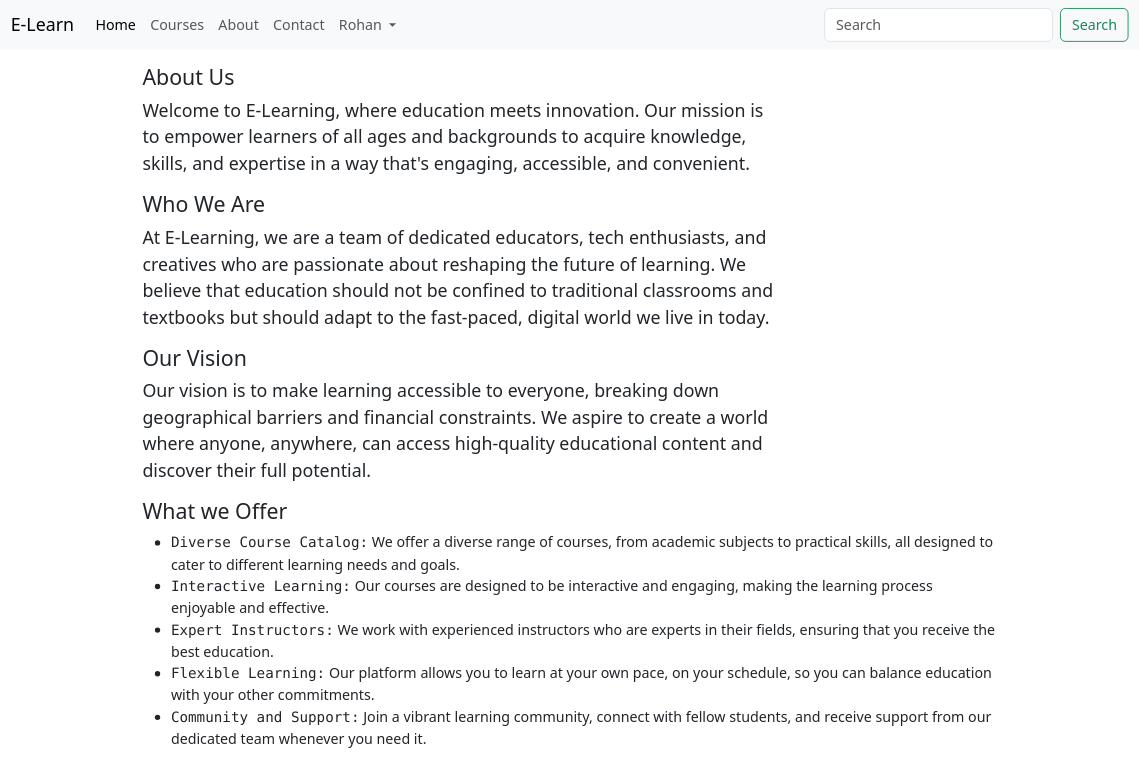
Repository: syni18/bootstrap_elarn
Page: About.html
These files come from the project's save history. The page is drawn as it stood at one moment and after a run of saves; the edit follows.
The browser window is 1280 px wide. The pictures show the whole page, at 89% of full size.

Above is the page before, as saved 2023-10-25 23:22:46.

After the next 2 saves:
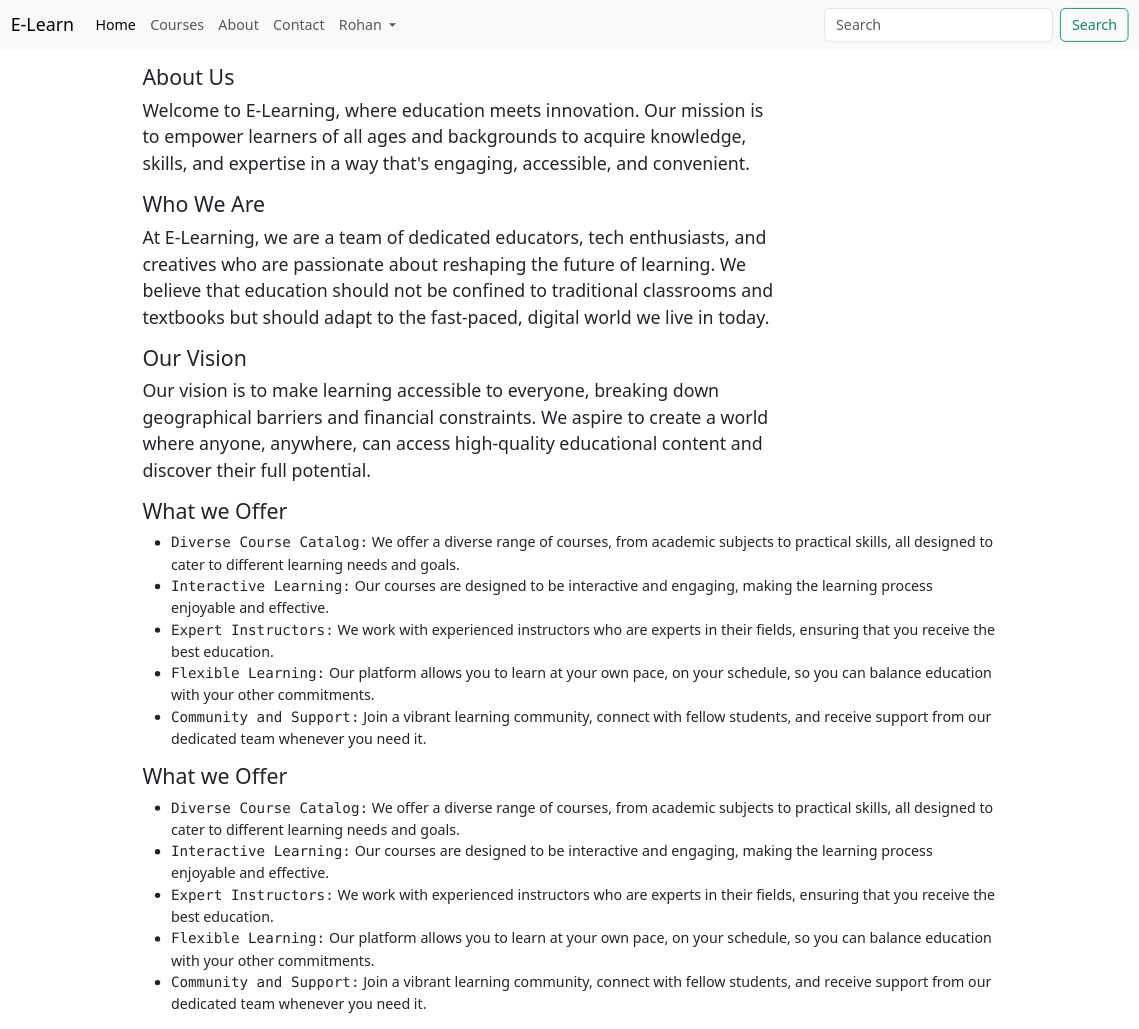
The 2 saves are shown as one change because they came seconds apart.
The last was saved 33 s later.
--- a/About.html
+++ b/About.html
@@ -68,7 +68,18 @@
         <li><samp>Flexible Learning:</samp> Our platform allows you to learn at your own pace, on your schedule, so you can balance education with your other commitments.</li>
         <li><samp>Community and Support:</samp> Join a vibrant learning community, connect with fellow students, and receive support from our dedicated team whenever you need it.</li>
     </ul>
-</div></div>
+</div>
+<div class="mt-3">
+    <h6 class="fs-4 ">What we Offer</h6>
+    <ul class="">
+        <li class=""><samp>Diverse Course Catalog:</samp> We offer a diverse range of courses, from academic subjects to practical skills, all designed to cater to different learning needs and goals.</li>
+        <li><samp>Interactive Learning:</samp> Our courses are designed to be interactive and engaging, making the learning process enjoyable and effective.</li>
+        <li><samp>Expert Instructors:</samp> We work with experienced instructors who are experts in their fields, ensuring that you receive the best education.</li>
+        <li><samp>Flexible Learning:</samp> Our platform allows you to learn at your own pace, on your schedule, so you can balance education with your other commitments.</li>
+        <li><samp>Community and Support:</samp> Join a vibrant learning community, connect with fellow students, and receive support from our dedicated team whenever you need it.</li>
+    </ul>
+</div>
+</div>
     <script src="https://cdn.jsdelivr.net/npm/bootstrap@5.3.2/dist/js/bootstrap.bundle.min.js" integrity="sha384-C6RzsynM9kWDrMNeT87bh95OGNyZPhcTNXj1NW7RuBCsyN/o0jlpcV8Qyq46cDfL" crossorigin="anonymous"></script>
   </body>
 </html>
